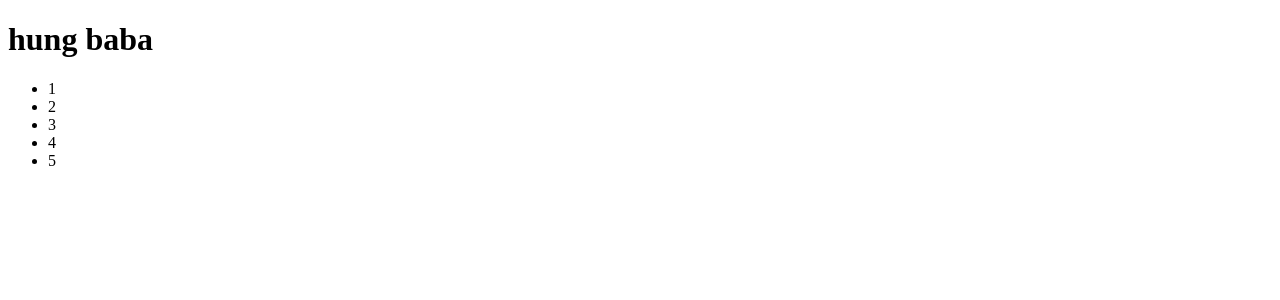
Repository: phongls206/GITTEST3
Page: INDEX.HTML
These files come from the project's save history. The page is drawn as it stood at one moment and after the next save; the edit follows.
The browser window is 1280 px wide. The pictures show the whole page.

Above is the page before, as saved 2025-06-07 18:44:34.

After the next save:
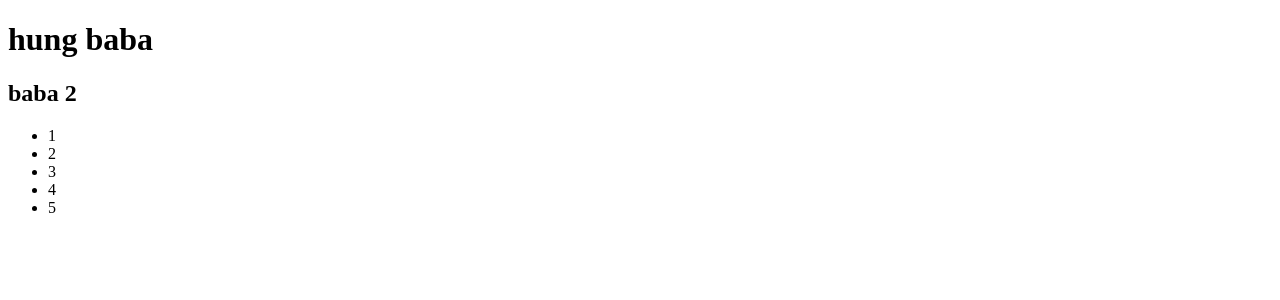
Saved 33 s later.
--- a/INDEX.HTML
+++ b/INDEX.HTML
@@ -7,6 +7,7 @@
   </head>
   <body>
     <h1>hung baba</h1>
+    <h2>baba 2</h2>
     <ul>
       <li>1</li>
       <li>2</li>
